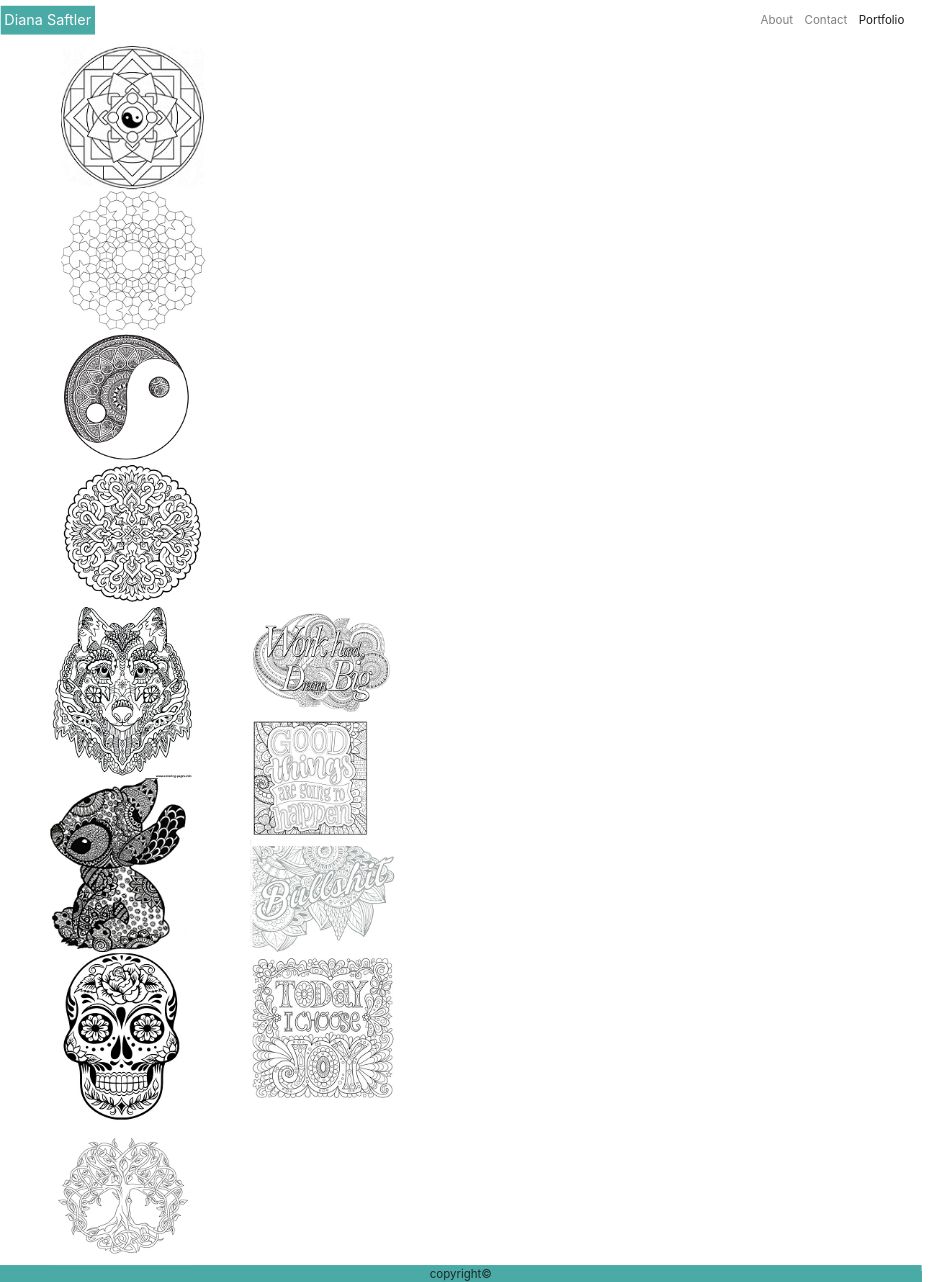
Repository: dsaftler/Bootstrap-Portfolio
Page: portfolio.html
The author's editor kept a copy of each file at every save. The page is drawn from the files as they stood at one save, then again after the next save.
The browser window is 1280 px wide. The page is 1280 px wide, then 1295 px, then 1280 px, so the pictures cover 1295 px, including what lies to the right of the window. The pictures show the whole page, at 72% of full size.

Above is the page before, as saved 2019-03-23 23:36:33.

After the next save:
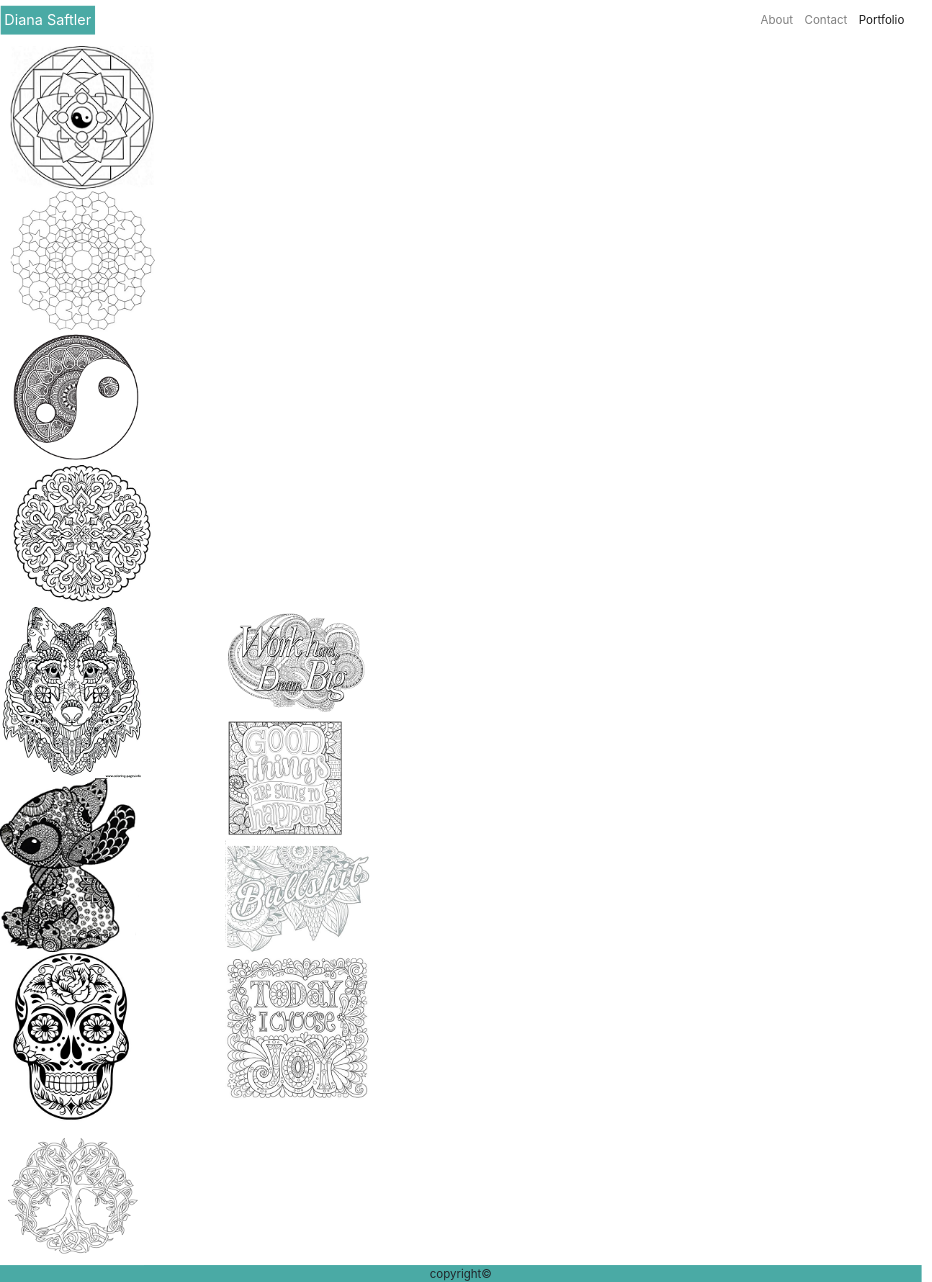
Saved 91 s later.
--- a/portfolio.html
+++ b/portfolio.html
@@ -32,8 +32,8 @@
                 </div>
             </nav>
             <!-- <div class="col-sm-12"> -->
-                <div class="container"><h1><Portfolio/h1></div>
-                <div class="container">
+                <div class=><h1><Portfolio/h1></div>
+                <div class="col-sm-12">
                     <div class="row">
                         <div class="col-sm-3"
                                 <a href="assets\gallery\simple_mandala.png" target="Simple Mandala"><img class="gallery" src="assets\gallery\sm_simple_mandala.png"  alt="Simple Mandala" title="Simple Mandala" class="clickable"></a>

After the save that followed:
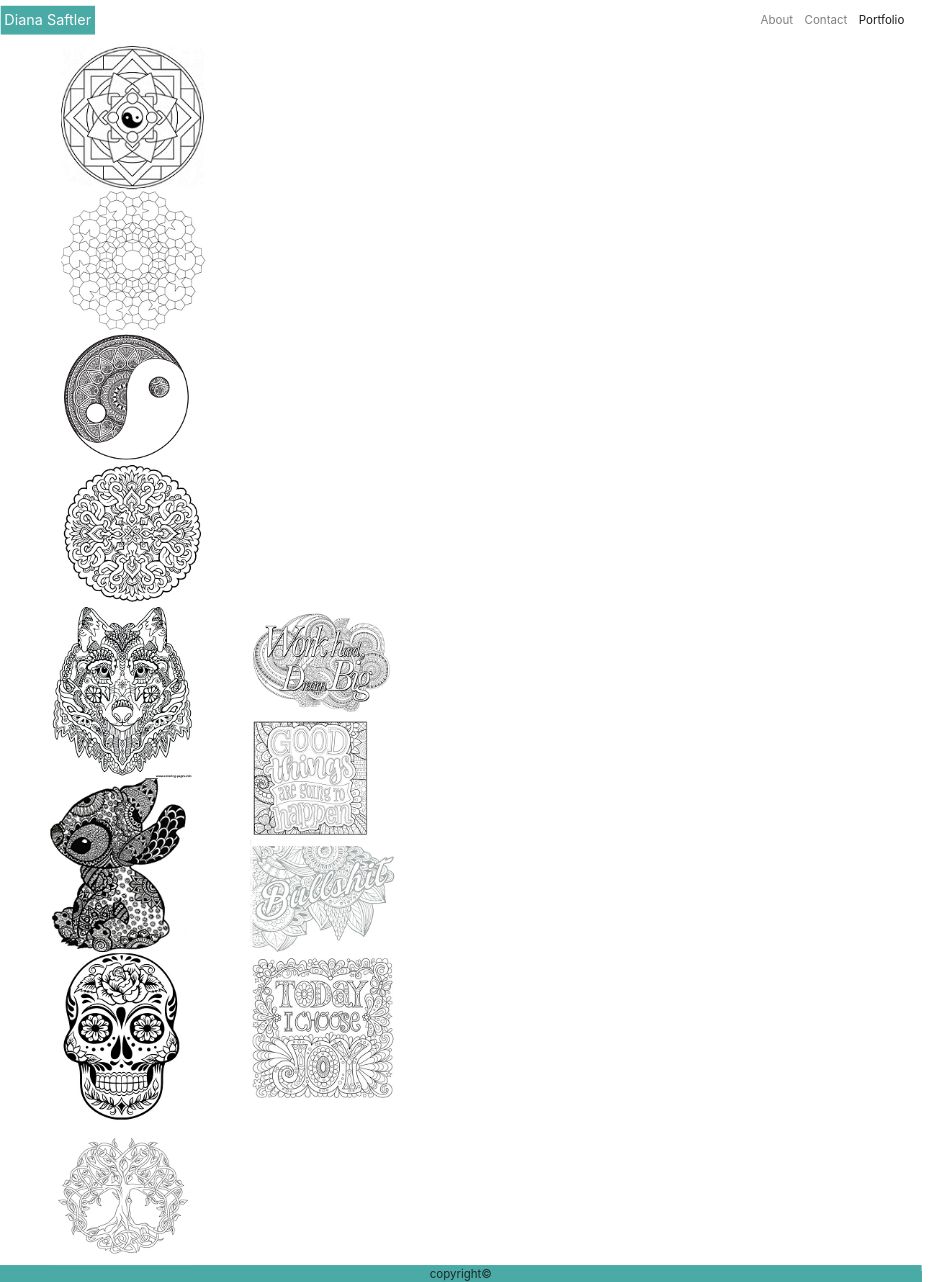
Saved 7 s later.
--- a/portfolio.html
+++ b/portfolio.html
@@ -33,7 +33,7 @@
             </nav>
             <!-- <div class="col-sm-12"> -->
                 <div class=><h1><Portfolio/h1></div>
-                <div class="col-sm-12">
+                <div class="container">
                     <div class="row">
                         <div class="col-sm-3"
                                 <a href="assets\gallery\simple_mandala.png" target="Simple Mandala"><img class="gallery" src="assets\gallery\sm_simple_mandala.png"  alt="Simple Mandala" title="Simple Mandala" class="clickable"></a>
